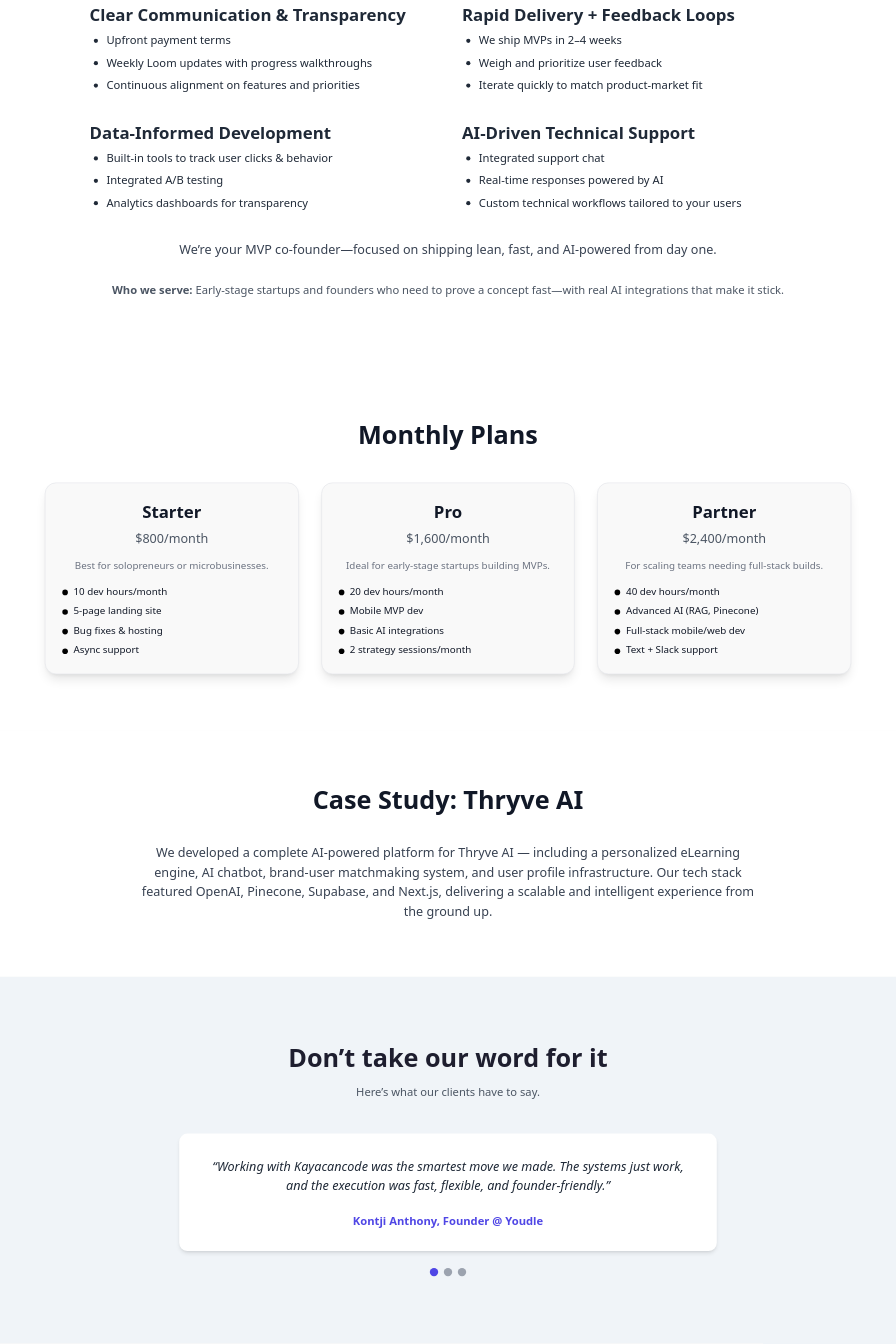
Repository: kayacancode/kayacancode-agency
Page: /business-workflows
These files come from the project's save history. The page is drawn as it stood at one moment and after the next save; the edit follows.
The browser window is 1280 px wide. The pictures show the part of the page from y = 1205 to 3125 px (the page is 3125 px tall before and 2603 px after), at 70% of full size.
The project was rebuilt for these pictures with package versions that can differ from the ones it lists, and the page was loaded fresh each time.

Above is the page before, as saved 2025-04-22 14:19:14.

### src/App.js
import React from 'react';
import { motion } from 'framer-motion';
import { useState } from 'react';

export default function AgencyLandingPage() {
  const testimonials = [
    {
      author: 'Kontji Anthony, Founder @ Youdle',
      text: 'Working with Kayacancode was the smartest move we made. The systems just work, and the execution was fast, flexible, and founder-friendly.',
    },
    {
      author: 'Placeholder Name, Startup X',
      text: 'This is a placeholder testimonial for future video or text-based feedback. It will rotate in a slider style.',
    },
    {
      author: 'Placeholder Name, Startup Y',
      text: 'Another client placeholder testimonial. Consider embedding a short video clip here in the future.',
    },
  ];

  const [index, setIndex] = useState(0);


  const goToTestimonial = (i) => {
    setIndex(i);
  };
  return (
    <div className="min-h-screen bg-[#fdfcfa] text-gray-900 font-sans">
      {/* Hero Section */}
      <section className="px-6 py-36 bg-gradient-to-br from-[#f2f2ff] via-[#e8f0fe] to-[#d9e7ff] text-center">
        <motion.h1
          initial={{ opacity: 0, y: 30 }}
          animate={{ opacity: 1, y: 0 }}
          transition={{ duration: 1 }}
          className="text-6xl font-extrabold text-[#1e1e2f] max-w-5xl mx-auto leading-tight"
        >
          Build Fast. Launch Smart.
        </motion.h1>
        <motion.p
          initial={{ opacity: 0, y: 20 }}
          animate={{ opacity: 1, y: 0 }}
          transition={{ delay: 0.3, duration: 1 }}
          className="mt-6 text-xl text-[#3a3a4f] max-w-3xl mx-auto"
        >
          AI-Powered Product & App Development for Startups, Creatives, and Founders
        </motion.p>
        <motion.button
          initial={{ opacity: 0, y: 20 }}
          animate={{ opacity: 1, y: 0 }}
          transition={{ delay: 0.5, duration: 0.8 }}
          className="mt-10 px-8 py-4 bg-[#4f46e5] text-white rounded-2xl font-semibold hover:bg-[#4338ca] transition"
        >
          Get Started
        </motion.button>
      </section>


      {/* Pain Point Section */}
      <motion.section
        initial={{ opacity: 0 }}
        whileInView={{ opacity: 1 }}
        viewport={{ once: true }}
        transition={{ duration: 1 }}
        className="px-6 py-24 bg-[#f6f7fb] text-center"
      >

        <div className="max-w-4xl mx-auto text-left text-gray-800">
          <h3 className="text-2xl font-semibold mb-2">The Problem:</h3>
          <ul className="list-disc ml-6 space-y-2">
            <li>Non-technical founders want to build, but lack time and a technical network.</li>
            <li>Cheap labor overseas causes miscommunication and lacks transparency.</li>
            <li>Founders want someone who feels like part of the team—genuine, invested, and local.</li>
            <li>They crave authentic collaboration and a modern build process.</li>
          </ul>
        </div>

      </motion.section>
      <motion.section
        initial={{ opacity: 0 }}
        whileInView={{ opacity: 1 }}
        viewport={{ once: true }}
        transition={{ duration: 1 }}
        className="px-6 py-24 bg-white text-center"
      >
        <h2 className="text-4xl font-bold mb-4 text-[#1f2937]">That Technical Co-founder You’ve Been Looking For</h2>
        <p className="text-lg text-gray-700 max-w-3xl mx-auto mb-6">
          Run your product on auto-pilot while we build your base MVP with speed, quality, and strategy.
        </p>
        <p className="text-lg max-w-3xl mx-auto text-gray-700 mb-8">
          We believe the world can be a better place when more companies leverage today’s technology—especially AI. But for many, implementation is confusing and overwhelming. Our mission is to guide teams through this complexity with clarity and confidence.
        </p>
        <div className="max-w-5xl mx-auto grid grid-cols-1 md:grid-cols-2 gap-10 text-left text-gray-800">
          <div>
            <h3 className="text-2xl font-semibold mb-2">Clear Communication & Transparency</h3>
            <ul className="list-disc ml-6 space-y-2">
              <li>Upfront payment terms</li>
              <li>Weekly Loom updates with progress walkthroughs</li>
              <li>Continuous alignment on features and priorities</li>
            </ul>
          </div>
          <div>
            <h3 className="text-2xl font-semibold mb-2">Rapid Delivery + Feedback Loops</h3>
            <ul className="list-disc ml-6 space-y-2">
              <li>We ship MVPs in 2–4 weeks</li>
              <li>Weigh and prioritize user feedback</li>
              <li>Iterate quickly to match product-market fit</li>
            </ul>
          </div>
          <div>
            <h3 className="text-2xl font-semibold mb-2">Data-Informed Development</h3>
            <ul className="list-disc ml-6 space-y-2">
              <li>Built-in tools to track user clicks & behavior</li>
              <li>Integrated A/B testing</li>
              <li>Analytics dashboards for transparency</li>
            </ul>
          </div>
          <div>
            <h3 className="text-2xl font-semibold mb-2">AI-Driven Technical Support</h3>
            <ul className="list-disc ml-6 space-y-2">
              <li>Integrated support chat</li>
              <li>Real-time responses powered by AI</li>
              <li>Custom technical workflows tailored to your users</li>
            </ul>
          </div>


        </div>
        <div className="mt-10 text-lg text-gray-700">

          <p className="mt-4">We’re your MVP co-founder—focused on shipping lean, fast, and AI-powered from day one.</p>
        </div>
        <div className="mt-8 text-gray-600">
          <p><strong>Who we serve:</strong> Early-stage startups and founders who need to prove a concept fast—with real AI integrations that make it stick.</p>
        </div>
      </motion.section>

      {/* Plans Section */}
      <section className="px-6 py-20 bg-white text-center">
        <h2 className="text-4xl font-bold mb-12">Monthly Plans</h2>
        <div className="grid grid-cols-1 md:grid-cols-3 gap-8 max-w-6xl mx-auto">
          {[
            {
              title: 'Starter',
              price: '$800/month',
              description: 'Best for solopreneurs or microbusinesses.',
              features: [
                '10 dev hours/month',
                '5-page landing site',
                'Bug fixes & hosting',
                'Async support',
              ],
            },
            {
              title: 'Pro',
              price: '$1,600/month',
              description: 'Ideal for early-stage startups building MVPs.',
              features: [
                '20 dev hours/month',
                'Mobile MVP dev',
                'Basic AI integrations',
                '2 strategy sessions/month',
              ],
            },
            {
              title: 'Partner',
              price: '$2,400/month',
              description: 'For scaling teams needing full-stack builds.',
              features: [
                '40 dev hours/month',
                'Advanced AI (RAG, Pinecone)',
                'Full-stack mobile/web dev',
                'Text + Slack support',
              ],
            },
          ].map((plan, idx) => (
            <div key={idx} className="bg-[#f9f9f9] shadow-lg rounded-2xl p-6 border hover:shadow-xl transition">
              <h3 className="text-2xl font-semibold mb-2">{plan.title}</h3>
              <p className="text-lg text-gray-600 mb-4">{plan.price}</p>
              <p className="text-sm text-gray-500 mb-4">{plan.description}</p>
              <ul className="text-left space-y-2 text-sm">
                {plan.features.map((f, i) => (
                  <li key={i} className="flex items-start">
                    <span className="w-2 h-2 mt-2 mr-2 bg-black rounded-full" /> {f}
                  </li>
                ))}
              </ul>
            </div>
          ))}
        </div>
      </section>

      {/* Case Study Section */}
      <section className="px-6 py-20 bg-[#ffffff] text-center">
        <h2 className="text-4xl font-bold mb-10">Case Study: Thryve AI</h2>
        <div className="max-w-4xl mx-auto text-lg text-gray-700">
          <p>
            We developed a complete AI-powered platform for Thryve AI — including a personalized eLearning engine, AI chatbot, brand-user matchmaking system, and user profile infrastructure. Our tech stack featured OpenAI, Pinecone, Supabase, and Next.js, delivering a scalable and intelligent experience from the ground up.
          </p>
        </div>
      </section>

      {/* Testimonial Section */}

      {/* Testimonial Section */}
      <motion.section
        initial={{ opacity: 0 }}
        whileInView={{ opacity: 1 }}
        viewport={{ once: true }}
        transition={{ duration: 1 }}
        className="px-6 py-24 bg-[#f0f4f8] text-center"
      >
        <h2 className="text-4xl font-bold text-[#1e1e2f] mb-4">Don’t take our word for it</h2>
        <p className="text-gray-600 mb-12">Here’s what our clients have to say.</p>
        <div className="max-w-3xl mx-auto p-8 bg-white rounded-xl shadow-md transition-all">
          <p className="italic text-lg text-gray-800 mb-6">“{testimonials[index].text}”</p>
          <p className="font-semibold text-[#4f46e5]">{testimonials[index].author}</p>
        </div>
        <div className="flex justify-center gap-2 mt-6">
          {testimonials.map((_, i) => (
            <button
              key={i}
              onClick={() => goToTestimonial(i)}
              className={`w-3 h-3 rounded-full transition ${
                i === index ? 'bg-[#4f46e5]' : 'bg-gray-400'
              }`}
            />
          ))}
        </div>
      </motion.section>
    </div>
  );
}

Loaded but not shown: public/index.html (common file); src/index.js (common file); src/index.css (common file); src/reportWebVitals.js (common file); tailwind.config.js (common file)

After the next save:
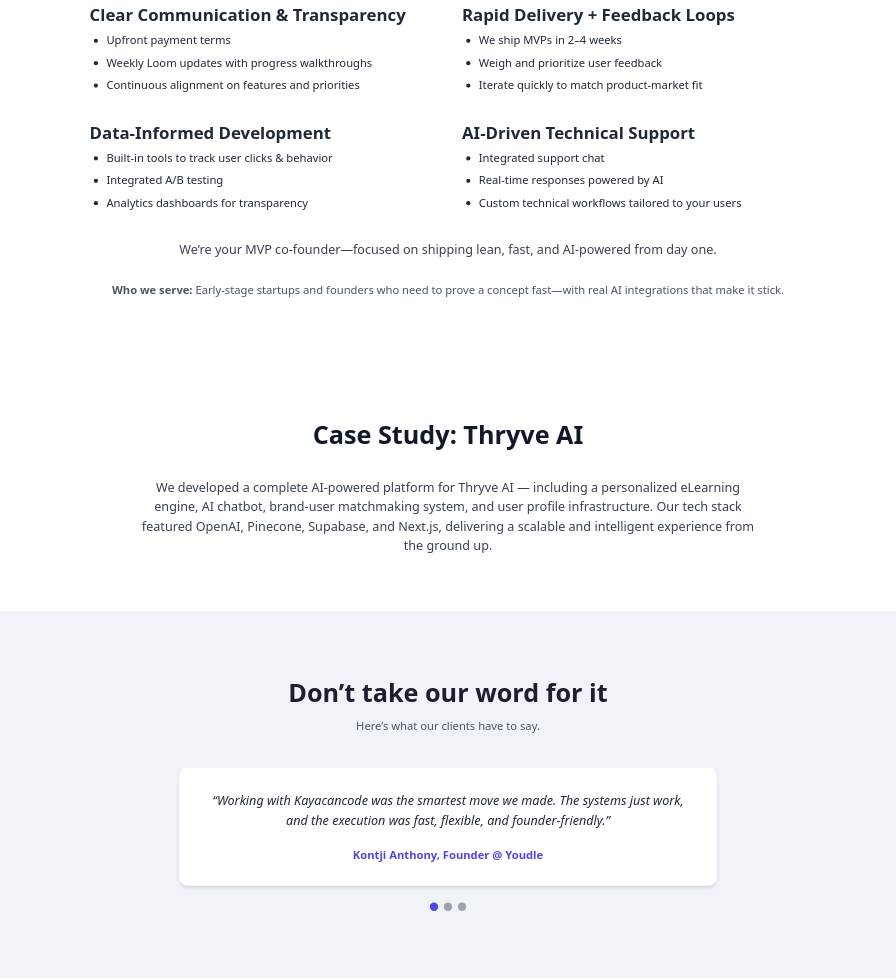
Saved 34 s later.
--- a/src/App.js
+++ b/src/App.js
@@ -134,60 +134,7 @@
         </div>
       </motion.section>
 
-      {/* Plans Section */}
-      <section className="px-6 py-20 bg-white text-center">
-        <h2 className="text-4xl font-bold mb-12">Monthly Plans</h2>
-        <div className="grid grid-cols-1 md:grid-cols-3 gap-8 max-w-6xl mx-auto">
-          {[
-            {
-              title: 'Starter',
-              price: '$800/month',
-              description: 'Best for solopreneurs or microbusinesses.',
-              features: [
-                '10 dev hours/month',
-                '5-page landing site',
-                'Bug fixes & hosting',
-                'Async support',
-              ],
-            },
-            {
-              title: 'Pro',
-              price: '$1,600/month',
-              description: 'Ideal for early-stage startups building MVPs.',
-              features: [
-                '20 dev hours/month',
-                'Mobile MVP dev',
-                'Basic AI integrations',
-                '2 strategy sessions/month',
-              ],
-            },
-            {
-              title: 'Partner',
-              price: '$2,400/month',
-              description: 'For scaling teams needing full-stack builds.',
-              features: [
-                '40 dev hours/month',
-                'Advanced AI (RAG, Pinecone)',
-                'Full-stack mobile/web dev',
-                'Text + Slack support',
-              ],
-            },
-          ].map((plan, idx) => (
-            <div key={idx} className="bg-[#f9f9f9] shadow-lg rounded-2xl p-6 border hover:shadow-xl transition">
-              <h3 className="text-2xl font-semibold mb-2">{plan.title}</h3>
-              <p className="text-lg text-gray-600 mb-4">{plan.price}</p>
-              <p className="text-sm text-gray-500 mb-4">{plan.description}</p>
-              <ul className="text-left space-y-2 text-sm">
-                {plan.features.map((f, i) => (
-                  <li key={i} className="flex items-start">
-                    <span className="w-2 h-2 mt-2 mr-2 bg-black rounded-full" /> {f}
-                  </li>
-                ))}
-              </ul>
-            </div>
-          ))}
-        </div>
-      </section>
+
 
       {/* Case Study Section */}
       <section className="px-6 py-20 bg-[#ffffff] text-center">
